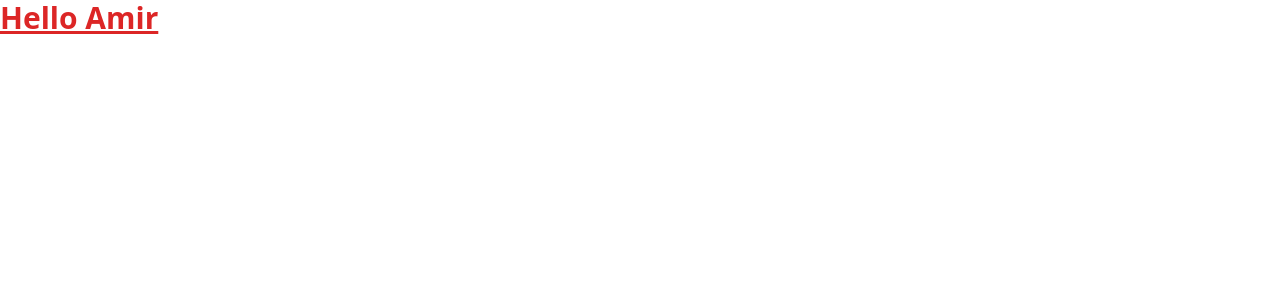
Repository: saad-elabboubi/tahalkobra
Page: /
The author's editor kept a copy of each file at every save. The page is drawn from the files as they stood at one save, then again after the next save.
The browser window is 1280 px wide. The pictures show the whole page.
The project was rebuilt for these pictures with package versions that can differ from the ones it lists, and the page was loaded fresh each time. The framework's server and built-in components were replaced by stand-ins that run in the browser. Also part of the build but not shown: svelte.config.js, vite.config.ts.

Above is the page before, as saved 2023-04-08 17:39:02.

### src/routes/+page.svelte
<h1 class="text-3xl font-bold underline text-red-600">
    Hello Amir
  </h1>

### tailwind.config.js
/** @type {import('tailwindcss').Config} */
export default {
  content: ['./src/**/*.{html,js,svelte,ts}'],
    theme: {
    extend: {},
  },
  plugins: [],
}

Loaded but not shown: src/app.html (common file); src/routes/+layout.svelte (common file); src/app.css (common file)

After the next save:
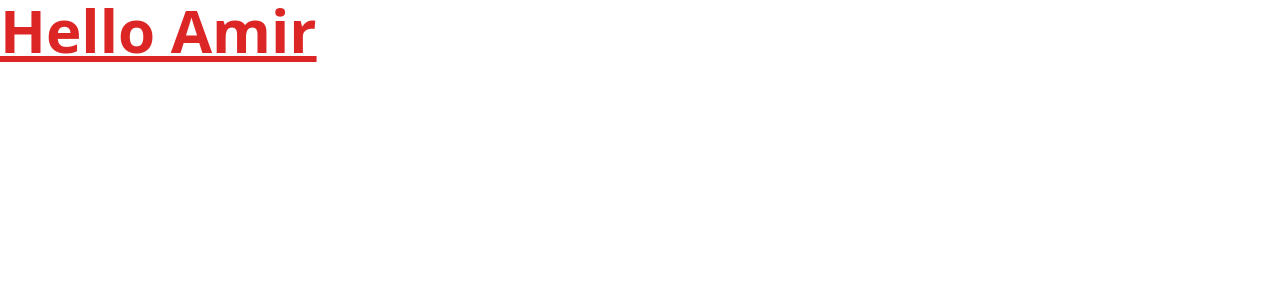
Saved 36 s later.
--- a/src/routes/+page.svelte
+++ b/src/routes/+page.svelte
@@ -1,3 +1,3 @@
-<h1 class="text-3xl font-bold underline text-red-600">
+<h1 class="text-6xl font-bold underline text-red-600">
     Hello Amir
   </h1>
